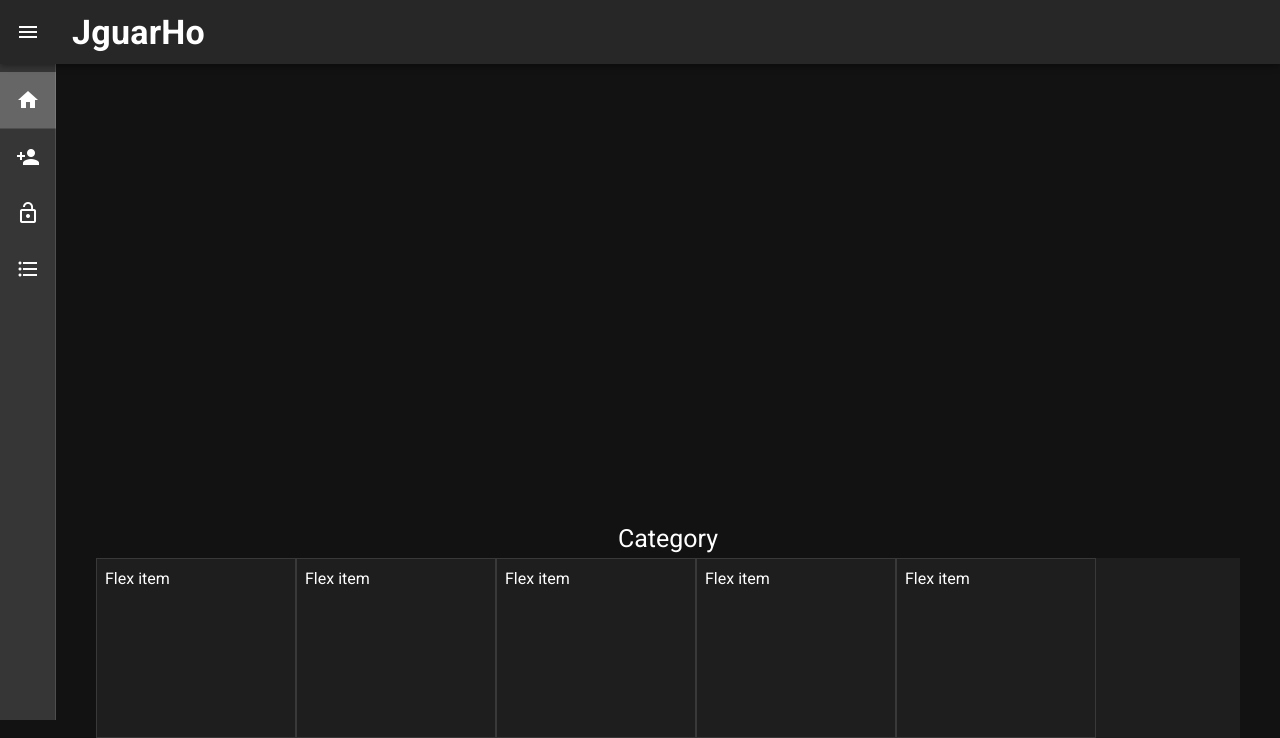
Repository: agent501/MRMS
Page: /
An editor plug-in stored every save of this project. The page is shown before and after a run of saves, followed by the edit.
The browser window is 1280 px wide. The pictures show the whole page.
The page's requests for data from a server got no answer. The project was rebuilt for these pictures with package versions that can differ from the ones it lists, and the page was loaded fresh each time. No one was signed in, and anything a server would have sent is missing. Also part of the build but not shown: vue.config.js, src/components/Product/products.vue, src/components/Product/product.vue, src/components/Product/createproduct.vue, src/components/User/signin.vue, src/components/User/signup.vue, src/components/User/profile.vue, src/components/Shared/Alert.vue and 2 more. Imported but missing from the stored project, and not drawn on this page: src/router/auth-guard.js.

Above is the page before, as saved 2020-08-05 11:19:11.

### src/main.js
import Vue from 'vue';
import App from './App.vue';
import router from './router';
import { store } from './store';
import alert from './components/Shared/Alert.vue';
import vuetify from './plugins/vuetify';
import { fb } from './components/firebase/firebase.js';
import * as firebase from 'firebase';
import editproductdiaglog from './components/Product/Edit/editproductdialog.vue';
import editprogressbar from './components/Product/Edit/editprogressbar.vue';

Vue.component('app-alert', alert);
Vue.component('app-edit-product', editproductdiaglog);
Vue.component('app-edit-progress', editprogressbar);

Vue.config.productionTip = false;

new Vue({
  router,
  store,
  vuetify,
  render: (h) => h(App),
  created() {
    fb;
    firebase.auth().onAuthStateChanged((user) => {
      if (user) {
        this.$store.dispatch('autosignin', user);
      }
    });
    this.$store.dispatch('loadProducts');
  },
}).$mount('#app');

### src/App.vue
<template>
  <v-app>
    <v-navigation-drawer v-model="drawer" :mini-variant.sync="mini" app clipped dense permanent>
      <v-list>
        <v-list-item to="/">
          <v-list-item-icon>
            <v-icon medium>home</v-icon>
          </v-list-item-icon>

          <v-list-item-content>
            <v-list-item-title>Home</v-list-item-title>
          </v-list-item-content>
        </v-list-item>

        <v-divider></v-divider>
        <v-list-item v-for="item in menuItems" :key="item.title" router :to="item.link">
          <v-list-item-icon>
            <v-icon medium>{{ item.icon }}</v-icon>
          </v-list-item-icon>

          <v-list-item-content>
            <v-list-item-title>{{ item.text }}</v-list-item-title>
          </v-list-item-content>
        </v-list-item>
        <v-list-item v-if="userIsAuthenticated || adminIsAuthenticated" @click="onLogout">
          <v-list-item-icon>
            <v-icon>exit_to_app</v-icon>
          </v-list-item-icon>
          <v-list-item-content>Logout</v-list-item-content>
        </v-list-item>
      </v-list>
    </v-navigation-drawer>

    <v-app-bar app clipped-left>
      <v-app-bar-nav-icon @click.stop="mini=!mini"></v-app-bar-nav-icon>
      <v-toolbar-title class="font-weight-bold display-1">
        <router-link to="/" tag="span" style="cursor:pointer">JguarHo</router-link>
      </v-toolbar-title>
    </v-app-bar>

    <!-- Page Content -->
    <v-content>
      <router-view></router-view>
    </v-content>

    <!-- <v-footer>
      <span>JguarHo &copy; Copyright Reserved</span>
    </v-footer>-->
  </v-app>
</template>

<script>
// import HelloWorld from './components/HelloWorld';

export default {
  name: 'App',

  components: {
    // HelloWorld,
  },
  props: {
    source: String
  },
  data: () => ({
    mini: true,
    drawer: true
    // items: [
    //   { icon: 'lock_open', text: 'Sign In', link: '/signin' },
    //   { icon: 'home', text: 'Home', link: '/' },
    //   { icon: 'list', text: 'All Products', link: '/products' },
    //   { icon: 'help_outline', text: 'About Us', link: '' }
    // ]
  }),
  computed: {
    menuItems() {
      let items = [
        { icon: 'person_add', text: 'Sign Up', link: '/signup' },
        { icon: 'lock_open', text: 'Sign In', link: '/signin' },

        {
          icon: 'format_list_bulleted',
          text: 'All Products',
          link: '/products'
        }
        // { icon: 'person', text: 'About Us', link: '' }
      ];
      if (this.adminIsAuthenticated) {
        items = [
          {
            icon: 'create_new_folder',
            text: 'Create Product',
            link: '/createproduct'
          },
          {
            icon: 'format_list_bulleted',
            text: 'All Products',
            link: '/products'
          },
          {
            icon: 'person',
            text: 'Profile',
            link: '/profile/' + this.adminIsAuthenticated.id
          }
        ];
      } else if (this.userIsAuthenticated) {
        items = [
          {
            icon: 'format_list_bulleted',
            text: 'All Products',
            link: '/products'
          },
          {
            icon: 'person',
            text: 'Profile',
            link: '/profile/' + this.userIsAuthenticated.id
          }
        ];
      }
      return items;
    },
    adminIsAuthenticated() {
      return (
        this.$store.getters.user !== null &&
        this.$store.getters.user !== undefined &&
        this.$store.getters.user.id === 'ktQMfIIbLQRTlySJDVzU9JbCF293' &&
        this.$store.getters.user
      );
    },
    userIsAuthenticated() {
      return (
        this.$store.getters.user !== null &&
        this.$store.getters.user !== undefined &&
        this.$store.getters.user
      );
    }
  },
  created() {
    this.$vuetify.theme.dark = true;
  },
  methods: {
    onLogout() {
      this.$store.dispatch('logout');
      this.$router.push('/');
    }
  }
};
</script>

### src/router/index.js
import Vue from 'vue';
import VueRouter from 'vue-router';
import home from '../components/Home.vue';
import products from '../components/Product/products.vue';
import product from '../components/Product/product.vue';
import createproduct from '../components/Product/createproduct.vue';
import signin from '../components/User/signin.vue';
import signup from '../components/User/signup.vue';
import profile from '../components/User/profile.vue';
import AuthGuard from '../router/auth-guard.js';

Vue.use(VueRouter);

export default new VueRouter({
  mode: 'history',
  routes: [
    { path: '/', name: 'home', component: home },
    { path: '/products', name: 'products', component: products },
    {
      path: '/createproduct',
      name: 'createproduct',
      component: createproduct,
      beforeEnter: AuthGuard,
    },
    { path: '/signin', name: 'signin', component: signin },
    { path: '/signup', name: 'signup', component: signup },
    {
      path: '/profile/:id',
      name: 'profile',
      component: profile,
      beforeEnter: AuthGuard,
    },
    {
      path: '/products/:id',
      name: 'product',
      props: true,
      component: product,
    },
  ],
});

### src/store/index.js
import Vue from 'vue';
import Vuex from 'vuex';

import product from './product';
import user from './user';
import shared from './shared';

Vue.use(Vuex);

export const store = new Vuex.Store({
  modules: {
    product: product,
    user: user,
    shared: shared,
  },
});

### src/plugins/vuetify.js
import Vue from 'vue';
import Vuetify from 'vuetify/lib';
import '@mdi/font/css/materialdesignicons.css'; //
import 'material-design-icons-iconfont/dist/material-design-icons.css';

Vue.use(Vuetify);

export default new Vuetify({
  icons: {
    iconfont: 'mdi',
  },
});

### src/components/firebase/firebase.js
import firebase from 'firebase/app';
import 'firebase/firestore';
import 'firebase/storage';

var firebaseConfig = {
  apiKey: 'AIzaSyBJdvJyA-ac-dO3JYy-4WKY7wIkma-Y1fI',
  authDomain: 'mrms-2ae69.firebaseapp.com',
  databaseURL: 'https://mrms-2ae69.firebaseio.com',
  projectId: 'mrms-2ae69',
  storageBucket: 'mrms-2ae69.appspot.com',
  messagingSenderId: '287673096935',
  appId: '1:287673096935:web:7f7f75dea0b5657353e042',
  measurementId: 'G-EKPLN37GXX',
};

export const fb = firebase.initializeApp(firebaseConfig);

### src/components/Home.vue
<template>
  <div class="mx-10" style="max-width:1800px">
    <v-layout>
      <v-flex xs12 class="text-xs-center" v-if="!loading">
        <v-progress-circular
          indeterminate
          class="primary--text"
          :width="7"
          :size="70"
          v-if="loading"
        ></v-progress-circular>
      </v-flex>
    </v-layout>

    <v-carousel
      cycle
      class="mt-4"
      height="400"
      hide-delimiters
      show-arrows-on-hover
      width="100%"
      style="cursor:pointer"
    >
      <v-carousel-item
        v-for="product in products"
        :key="product.id"
        @click="onLoadProduct(product.id)"
      >
        <div class="text-right">
          <span class="title">{{ product.name }}</span>
        </div>
        <img :src="product.featureimage" style="height: 100%; width: 100%; object-fit: contain" />
      </v-carousel-item>
    </v-carousel>

    <div>
      <div class="mt-10 text-center" style="font-size:25px">Category</div>
      <div>
        <v-card class="d-flex flex-wrap" flat tile>
          <v-card
            v-for="n in 5"
            :key="n"
            class="pa-2"
            width="200"
            height="180"
            outlined
            tile
          >Flex item</v-card>
        </v-card>
      </div>
    </div>
  </div>
</template>

<script>
export default {
  // data: () => ({
  //   images: [
  //     {
  //       src: 'https://cdn.vuetifyjs.com/images/carousel/squirrel.jpg',
  //       title: 'image1asdasdasdsadasdasdsadasdasd',
  //       id: 'asdad123'
  //     },
  //     {
  //       src: 'https://cdn.vuetifyjs.com/images/carousel/sky.jpg',
  //       title: 'image2',
  //       id: 'asdasd1223'
  //     },
  //     {
  //       src: 'https://cdn.vuetifyjs.com/images/carousel/bird.jpg',
  //       title: 'image3',
  //       id: 'asdad13223'
  //     },
  //     {
  //       src: 'https://cdn.vuetifyjs.com/images/carousel/planet.jpg',
  //       title: 'image4',
  //       id: 'asdaasd1123'
  //     }
  //   ]
  // }),
  computed: {
    products() {
      return this.$store.getters.featuredProducts;
    },
    loading() {
      return this.$store.getters.loading;
    },
  },
  methods: {
    onLoadProduct(id) {
      this.$router.push('/products/' + id);
    },
  },
};
</script>

<style scoped>
.title {
  background-color: rgba(235, 235, 235, 0.897);
  color: black;

  padding: 10px 30px;
}
</style>

### src/store/product/index.js
import * as firebase from 'firebase';

export default {
  state: {
    loadedProducts: [],
  },
  mutations: {
    createProduct(state, payload) {
      state.loadedProducts.push(payload);
    },
    setLoadedProducts(state, payload) {
      state.loadedProducts = payload;
    },
    updateProduct(state, payload) {
      const product = state.loadedProducts.find((product) => {
        return product.id === payload.id;
      });
      if (payload.name) {
        product.name = payload.name;
      }
      if (payload.description) {
        product.description = payload.description;
      }
      if (payload.earningperunit) {
        product.earningperunit = payload.earningperunit;
      }
      if (payload.investmentperunit) {
        product.investmentperunit = payload.investmentperunit;
      }
    },
    updateProgress(state, payload) {
      const product = state.loadedProducts.find((product) => {
        return product.id === payload.id;
      });
      if (payload.productprogressbar) {
        product.productprogressbar = payload.productprogressbar;
      }
    },
    deleteProduct(state, payload) {
      const registeredProducts = state.loadedProducts;
      registeredProducts.splice(
        registeredProducts.findIndex((product) => product.id === payload),
        1
      );
      // Reflect.deleteProperty(state.user.fbKeys,payload)
    },
  },
  actions: {
    loadProducts({ commit }) {
      commit('setLoading', true);
      firebase
        .database()
        .ref('products')
        .once('value')
        .then((data) => {
          const products = [];
          const obj = data.val();
          for (let key in obj) {
            products.push({
              id: key,
              name: obj[key].name,
              description: obj[key].description,
              investmentperunit: obj[key].investmentperunit,
              earningperunit: obj[key].earningperunit,
              creatorId: obj[key].creatorId,
              productimage: obj[key].productimage,
              productprogressbar: obj[key].productprogressbar,
              featureimage: obj[key].productimage[0],
            });
          }
          commit('setLoadedProducts', products);
          commit('setLoading', false);
        })
        .catch((error) => {
          console.log(error);
          commit('setLoading', true);
        });
    },
    deleteProduct({ commit }, payload) {
      const productId = payload;
      console.log(productId);
      firebase
        .database()
        .ref('products')
        .child(productId)
        .remove()
        .then(function () {
          // File deleted successfully

          console.log('success');
        })
        .catch(function (error) {
          // Uh-oh, an error occurred!
          console.log(error);
        });
      commit('deleteProduct', payload);
    },
    createProduct({ commit, getters }, payload) {
      const product = {
        name: payload.name,
        description: payload.description,
        investmentperunit: payload.investmentperunit,
        earningperunit: payload.earningperunit,
        productimage: payload.productimage,
        productprogressbar: payload.productprogressbar,
        creatorId: getters.user.id,
      };
      let key;
      firebase
        .database()
        .ref('products')
        .push(product)
        .then((data) => {
          //specific product id
          key = data.key;
          commit('createProduct', { ...product, id: key });
          // return key
        });
    },
    updateproductdata({ commit }, payload) {
      commit('loading', true);
      const updateObj = {};
      if (payload.name) {
        updateObj.name = payload.name;
      }
      if (payload.desscription) {
        updateObj.description = payload.desscription;
      }
      if (payload.earningperunit) {
        updateObj.earningperunit = payload.earningperunit;
      }
      if (payload.investmentperunit) {
        updateObj.investmentperunit = payload.investmentperunit;
      }
      firebase
        .database()
        .ref('products')
        .child(payload.id)
        .update(updateObj)
        .then(() => {
          commit('setLoading', false);
          commit('updateProduct', payload);
        })
        .catch((error) => {
          console.log(error);
          commit('setLoading', false);
        });
    },
    updateprogressdata({ commit }, payload) {
      commit('loading', true);
      const updateObj = {};
      if (payload.productprogressbar) {
        updateObj.productprogressbar = payload.productprogressbar;
      }

      firebase
        .database()
        .ref('products')
        .child(payload.id)
        .update(updateObj)
        .then(() => {
          commit('setLoading', false);
          commit('updateProgress', payload);
        })
        .catch((error) => {
          console.log(error);
          commit('setLoading', false);
        });
    },
  },
  getters: {
    loadedProducts(state) {
      return state.loadedProducts.sort((productA, productB) => {
        return productA.date > productB.date;
      });
    },
    featuredProducts(state, getters) {
      return getters.loadedProducts.slice(0, 5);
    },
    loadedProduct(state) {
      return (productId) => {
        return state.loadedProducts.find((product) => {
          return product.id === productId;
        });
      };
    },
  },
  modules: {},
};

### src/store/user/index.js
import * as firebase from 'firebase';

export default {
  state: {
    user: null,
    profile: [],
  },
  mutations: {
    setUser(state, payload) {
      state.user = payload;
    },
    setLoadedProfile(state, payload) {
      state.profile = payload;
    },
    updateProfile(state, payload) {
      const profile = state.profile;

      if (payload.name) {
        profile.name = payload.name;
      }
      if (payload.email) {
        profile.email = payload.email;
      }
      if (payload.icnumber) {
        profile.icnumber = payload.icnumber;
      }
      if (payload.phonenumber) {
        profile.phonenumber = payload.phonenumber;
      }
      if (payload.ssmimage) {
        profile.ssmimage = payload.ssmimage;
      }
    },
  },
  actions: {
    signUp({ commit }, payload) {
      // perform the mutation set loading because no matter user success sign up or not it will always display loading
      commit('setLoading', true);
      commit('clearError');
      firebase
        .auth()
        // passing the email and password fetch from the signup page and send to the firebasenpm
        .createUserWithEmailAndPassword(payload.email, payload.password)
        //if success, get the unique id from the firebase and set it on the format that is same as state
        .then((response) => {
          // set loading in the state back to false because is already succeed
          commit('setLoading', false);

          const newUser = {
            userid: response.user.uid,
            registeredProducts: [],
            fbKeys: {},
            email: payload.email,
            phonenumber: payload.phonenumber,
            icnumber: payload.icnumber,
            name: payload.name,
            ssmimage: payload.image,
          };
          let key;
          firebase
            .database()
            .ref('profiles')
            .push(newUser)
            .then((data) => {
              //specific product id
              key = data.userid;
              commit('createProfile', { ...newUser, id: key });
              // return key
            });

          commit('setUser', newUser);
        })
        // if got error
        .catch((error) => {
          // set loading in the state back to false because there's a error occur
          commit('setLoading', false);
          // perform the mutation of setError to display the error
          commit('setError', error);
          console.log(error);
        });
    },
    logIn({ commit }, payload) {
      // perform the mutation set loading because no matter user success sign in or not it will always display loading
      commit('setLoading', true);
      commit('clearError');
      firebase
        .auth()
        // sending the user email and password to the firebase for matchmaking in order to login
        .signInWithEmailAndPassword(payload.email, payload.password)
        .then((response) => {
          // set loading in the state back to false because is already succeed
          commit('setLoading', false);

          const newUser = {
            id: response.user.uid,
            registeredProducts: [],
            fbKeys: {},
          };

          firebase
            .database()
            .ref('profiles')
            .orderByChild('userid')
            .equalTo(newUser.id)
            .once('value')
            .then((data) => {
              const profile = [];
              const obj = data.val();
              for (let key in obj) {
                profile.push({
                  id: key,
                  name: obj[key].name,
                  email: obj[key].email,
                  icnumber: obj[key].icnumber,
                  phonenumber: obj[key].phonenumber,
                  userid: obj[key].userid,
                  ssmimage: obj[key].ssmimage,
                });
              }
              console.log(profile);
              commit('setLoadedProfile', profile);

              commit('setLoading', false);
            })
            .catch((error) => {
              console.log(error);
              commit('setLoading', true);
            });

          commit('setUser', newUser);
        }) // if got error
        .catch((error) => {
          // set loading in the state back to false because there's a error occur
          commit('setLoading', false);
          // perform the mutation of setError to display the error
          commit('setError', error);
          console.log(error);
        });
    },
    autosignin({ commit }, payload) {
      commit('setUser', { id: payload.uid, registeredProducts: [] });
    },
    logout({ commit }) {
      firebase.auth().signOut();
      commit('setUser', null);
    },
    updatePassword(payload) {
      var user = firebase.auth().currentUser;
      var updatepassword = payload.newpassword;
      var credential = firebase.auth.EmailAuthProvider.credential(
        payload.email,
        payload.currentpassword
      );

      user
        .reauthenticate(credential)
        .then(() => {
          user
            .updatePassword(updatepassword)
            .then(() => {
              this.dialog = true;
              console.log('update complete');
              if (this.dialog === false) {
                this.$router.push('/');
              }
            })
            .catch((error) => {
              console.log(error);
            });
        })
        .catch((error) => {
          console.log(error);
        });
    },
    updateProfileData({ commit }, payload) {
      commit('loading', true);
      const updateObj = {};
      if (payload.name) {
        updateObj.name = payload.name;
      }
      if (payload.email) {
        updateObj.email = payload.email;
      }
      if (payload.icnumber) {
        updateObj.icnumber = payload.icnumber;
      }
      if (payload.phonenumber) {
        updateObj.phonenumber = payload.phonenumber;
      }
      if (payload.ssmimage) {
        updateObj.ssmimage = payload.ssmimage;
      }
      firebase
        .database()
        .ref('profiles')
        .child(payload.id)
        .update(updateObj)
        .then(() => {
          commit('setLoading', false);
          commit('updateProfile', payload);
        })
        .catch((error) => {
          console.log(error);
          commit('setLoading', false);
        });
    },
  },
  getters: {
    user(state) {
      return state.user;
    },
  },
};

### src/store/shared/index.js
export default {
  state: {
    loading: false,
    error: null,
  },
  mutations: {
    setLoading(state, payload) {
      state.loading = payload;
    },
    // change the of status error in state
    setError(state, payload) {
      state.error = payload;
    },
    // change the status of error back to null
    clearError(state) {
      state.error = null;
    },
  },
  actions: {
    clearError({ commit }) {
      commit('clearError');
    },
  },
  getters: {
    error(state) {
      return state.error;
    },
    loading(state) {
      return state.loading;
    },
  },
};

Loaded but not shown: public/index.html (common file)

After the next 2 saves:
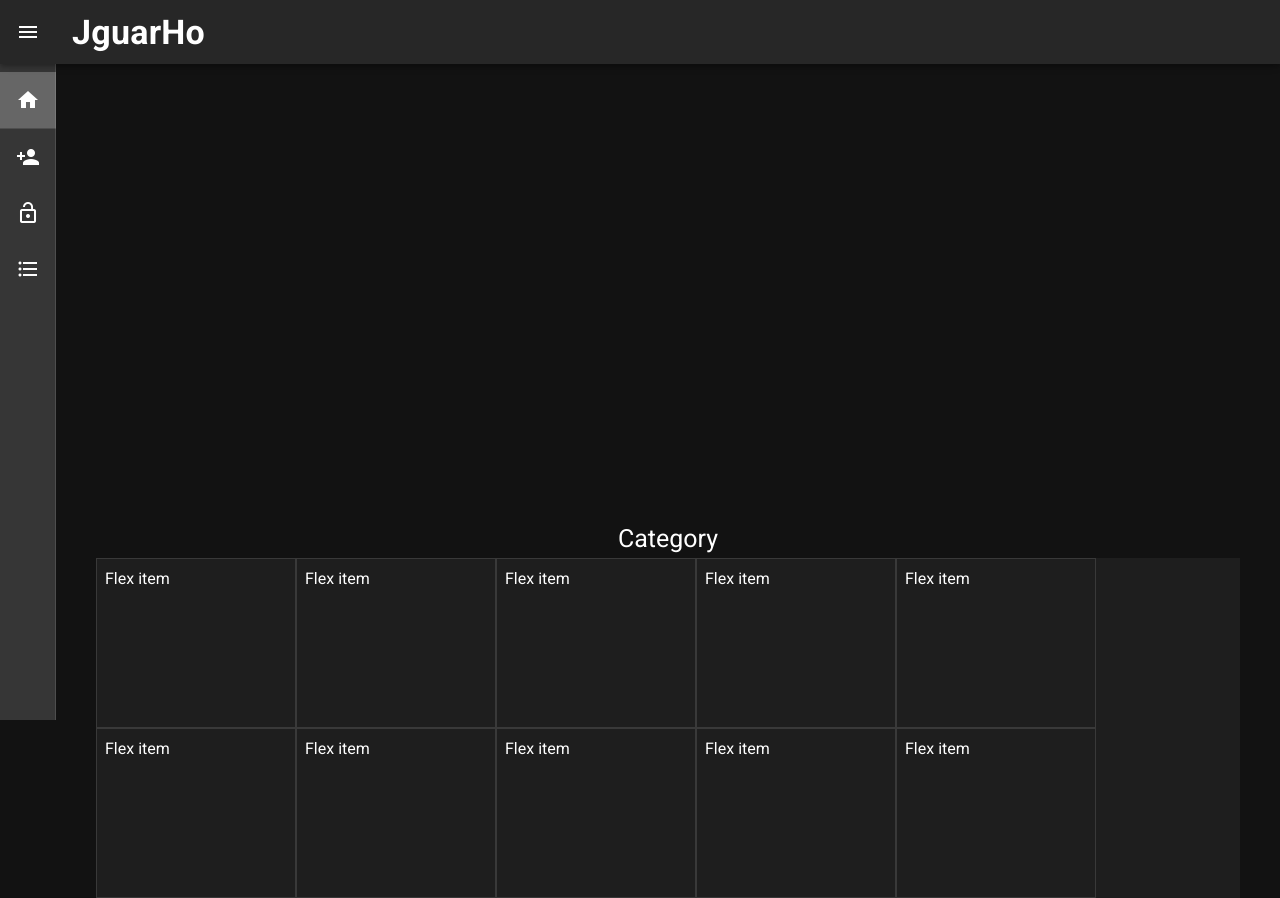
The 2 saves are shown as one change because they came seconds apart.
The last was saved 13 s later.
--- a/src/components/Home.vue
+++ b/src/components/Home.vue
@@ -38,11 +38,11 @@
       <div>
         <v-card class="d-flex flex-wrap" flat tile>
           <v-card
-            v-for="n in 5"
+            v-for="n in 10"
             :key="n"
             class="pa-2"
             width="200"
-            height="180"
+            height="170"
             outlined
             tile
           >Flex item</v-card>
